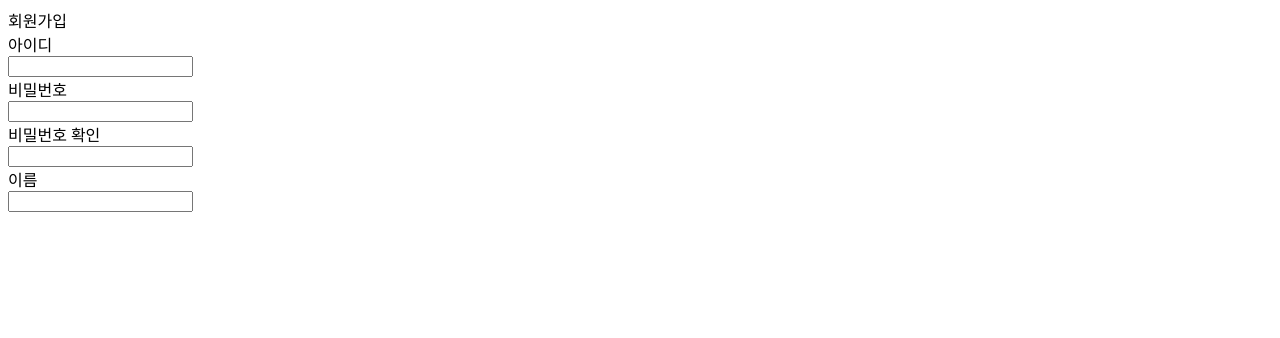
Repository: honsb91/project
Page: http://localhost/hospital/member/join.jsp
These files come from the project's save history. The page is drawn as it stood at one moment and after the next save; the edit follows.
The browser window is 1280 px wide. The pictures show the whole page.
The page is served by Tomcat 9. Nobody is signed in. The application's start-up code is not run. Other server files are loaded and not shown.

Above is the page before, as saved 2024-01-24 08:01:38.

### hospital/src/main/webapp/member/join.jsp
<%@ page language="java" contentType="text/html; charset=UTF-8"
    pageEncoding="UTF-8"%>
<!DOCTYPE html>
<html>
<head>
<meta charset="UTF-8">
<title>Insert title here</title>
<link rel="stylesheet" href="/resources/css/member/join.css">
</head>
<body>
	<div>
		<form action="">
			<div class="wrap">
				<div class="subjecet">
					<span>회원가입</span>
				</div>

				<div class="id_wrap">
					<div class="id_name">아이디</div>
					<div class="id_input_box">
						<input class="id_input">
					</div>
				</div>

				<div class="pw_wrap">
					<div class="pw_name">비밀번호</div>
					<div class="pw_input_box">
						<input class="pw_input">
					</div>
				</div>

				<div class="pwck_wrap">
					<div class="pwck_name">비밀번호 확인</div>
					<div class="pwck_input_box">
						<input class="pwck_input">
					</div>
				</div>

				<div class="user_wrap">
					<div class="user_name">이름</div>
					<div class="user_input_box">
						<input class="user_input">
					</div>
				</div>
			</div>
		</form>
	</div>
</body>
</html>

### hospital/src/main/webapp/resources/css/member/join.css
@charset "UTF-8";

/* 중복아이디 존재하지 않는경우 */
.id_input_re_1{
color : green;
display : none;
}

/* 중복아이디 존재하는 경우 */
.id_input_re_2{
color : red;
display : none;
}

/* 유효성 검사 문구 */

.final_id_ck{
    display: none;
    color : red;
}
.final_pw_ck{
    display: none;
    color : red;
}
.final_pwck_ck{
    display: none;
    color : red;
}
.final_name_ck{
    display: none;
    color : red;
}

.final_phone_ck{
    display: none;
    color : red;
}

.final_addr_ck{
    display: none;
    color : red;
}

/* 비밀번호 확인 일치 유효성검사 */
.pwck_input_re_1{
        color : green;
        display : none;
}
.pwck_input_re_2{
        color : red;
        display : none;
}

After the next save:
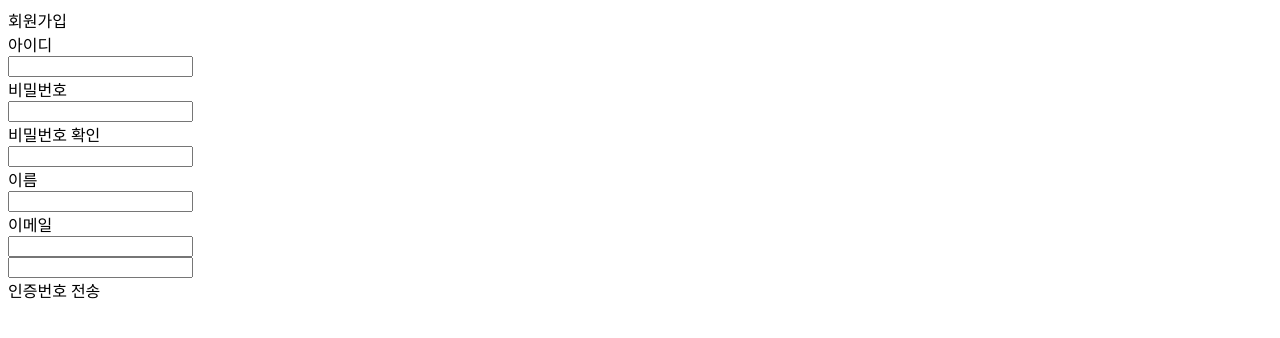
Saved 18 h 49 min later.
--- a/hospital/src/main/webapp/member/join.jsp
+++ b/hospital/src/main/webapp/member/join.jsp
@@ -42,6 +42,22 @@
 						<input class="user_input">
 					</div>
 				</div>
+
+				<div class="mail_wrap">
+					<div class="mail_name">이메일</div>
+					<div class="mail_input_box">
+						<input class="mail_input">
+					</div>
+				<div class="mail_check_wrap">
+					<div class="mail_check_input_box">
+						<input class="mail_check_input">
+					</div>
+					<div class="mail_check_button">
+						<span>인증번호 전송</span>
+					</div>
+					<div class="clearfix"></div>
+				</div>
+			</div>
 			</div>
 		</form>
 	</div>
